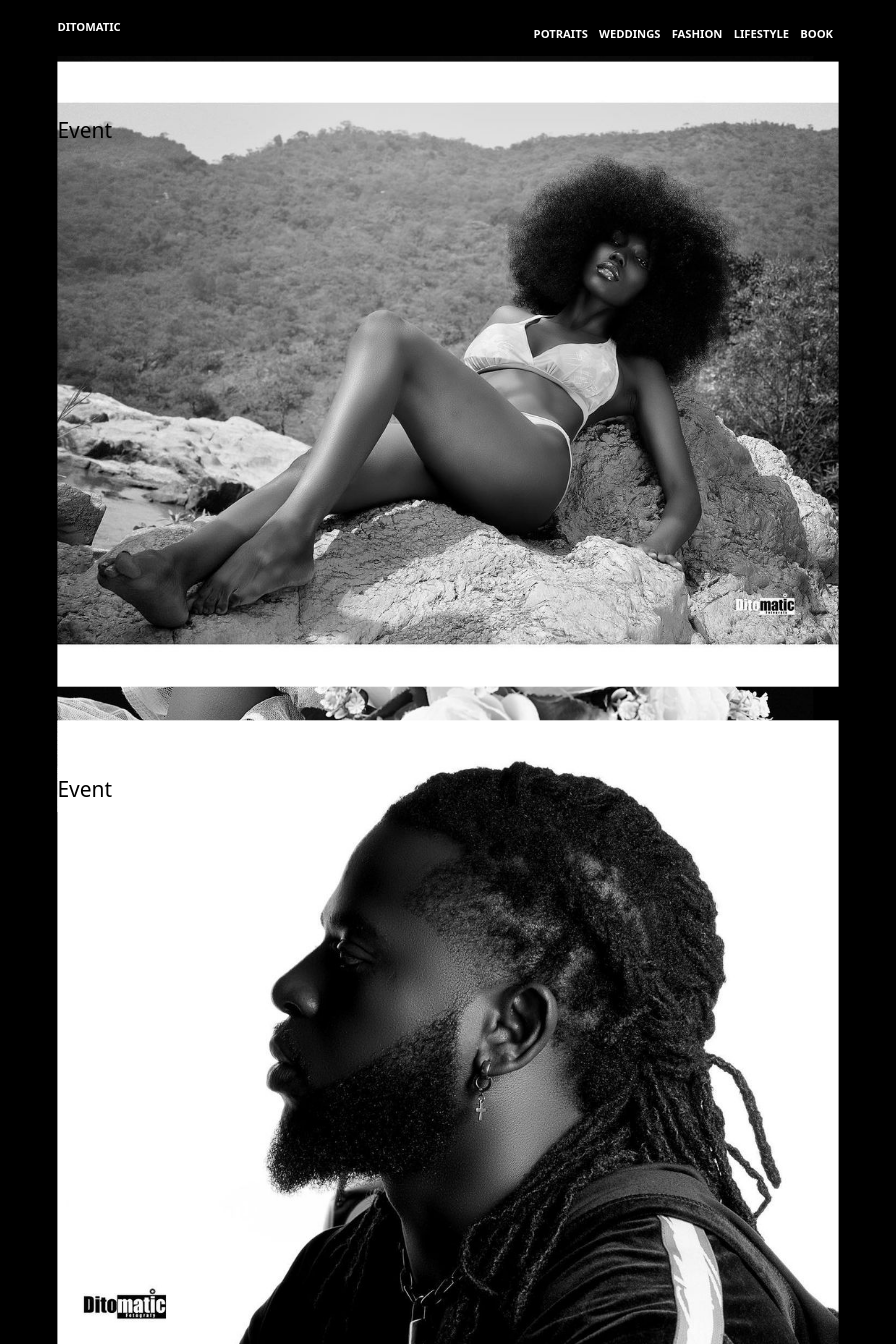
Repository: latenightsnacc/Ditomatic-Demo
Page: index3.html
These files come from the project's save history. The page is drawn as it stood at one moment and after the next save; the edit follows.
The browser window is 1280 px wide. The pictures show the part of the page from y = 0 to 1920 px (the page is 2714 px tall before and 1160 px after), at 70% of full size.
Some web libraries are served in a nearby version.

Above is the page before, as saved 2021-02-23 19:19:48.
Console error: TypeError: Cannot read properties of null (reading 'addEventListener')

After the next save:
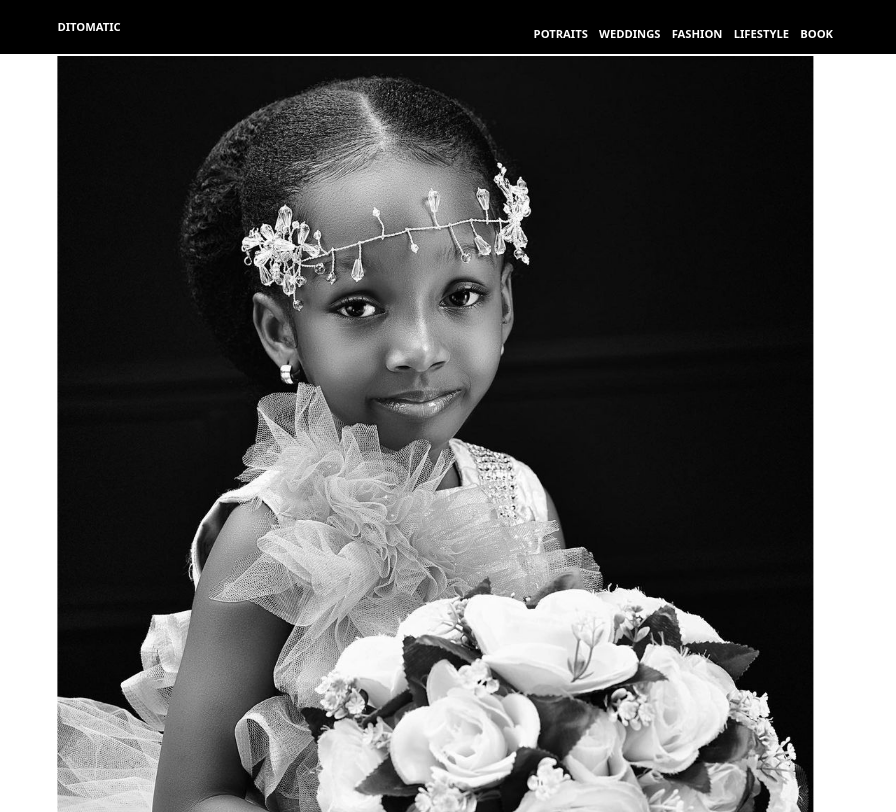
Saved 25 s later.
--- a/index3.html
+++ b/index3.html
@@ -63,47 +63,6 @@
 
 
 
-        <!--Lifestyle-->
-        <section class="">
-            <div class="container">
-                <div class="relative">
-                    <img src="images/Biki.jpg" alt="" width="100%">
-
-                    <div class="absolute top-20 left-0">
-                        <div class="text-black text-3xl hover:font-black">Event</div>
-                    </div>
-                </div>
-            </div>
-        </section>
-        <!--End of Lifestyle-->
-        <div class="my-5"></div>
-        <!--Fashion-->
-        <section class="">
-            <div class="container">
-                <div class="relative">
-                    <img src="images/sideMan.jpg" alt="" width="100%">
-
-                    <div class="absolute top-20 left-0">
-                        <div class="text-black text-3xl hover:font-black">Event</div>
-                    </div>
-                </div>
-            </div>
-        </section>
-        <!--End of Fashion-->
-        <div class="my-5"></div>
-        <!--Event-->
-        <section class="">
-            <div class="container">
-                <div class="relative">
-                    <img src="images/TLFC-ConvertImage.jpg" alt="" width="100%">
-
-                    <div class="absolute top-20 left-0">
-                        <div class="text-black text-3xl hover:font-black">Event</div>
-                    </div>
-                </div>
-            </div>
-        </section>
-        <!--End of Event-->
 
 
 
